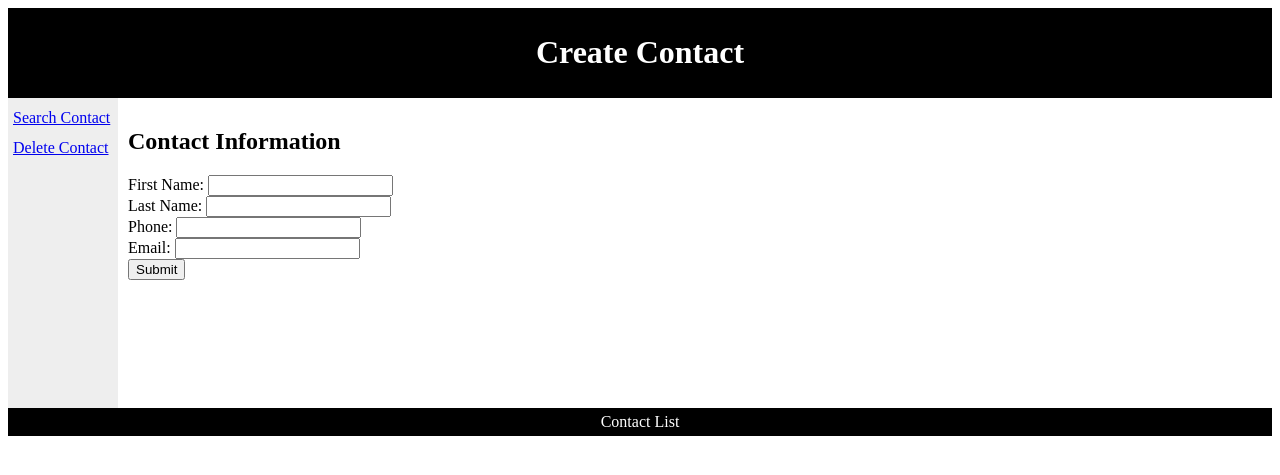
Repository: briantran140/intro-to-software-engineering-tech-exercise
Page: techExercise-tran/src/main/webapp/insert_tran.html
The author's editor kept a copy of each file at every save. The page is drawn from the files as they stood at one save, then again after the next save.
The browser window is 1280 px wide. The pictures show the whole page.

Above is the page before, as saved 2023-10-13 04:21:25.

### techExercise-tran/src/main/webapp/insert_tran.html
<html>
<head>
<style>
header {
    background-color:black;
    color:white;
    text-align:center;
    padding:5px;
}
nav {
    line-height:30px;
    background-color:#eeeeee;
    height:300px;
    width:100px;
    float:left;
    padding:5px;
}
section {
    width:350px;
    float:left;
    padding:10px;
}
footer {
    background-color:black;
    color:white;
    clear:both;
    text-align:center;
    padding:5px;
}
</style>
</head>

<body>
<header>
<h1> Create Contact </h1>
</header>

<nav>
<a href="/techExercise-tran/search_tran.html">Search Contact</a> <br>
<a href="/techExercise-tran/delete_tran.html">Delete Contact</a> <br>
</nav>

<section>
	<h1>Contact Information</h1>

	<form action="InsertTran" method="POST">

		First Name: <input type="text" name="firstName"> <br />
		Last Name: <input type="text" name="lastName"> <br />
		Phone: <input type="text" name="phone"> <br />
		Email: <input type="text" name="email"> <br />

		<input type="submit" value="Submit" />
	</form>

</section>

<footer>
	Contact List
</footer>
</body>
</html>

After the next save:
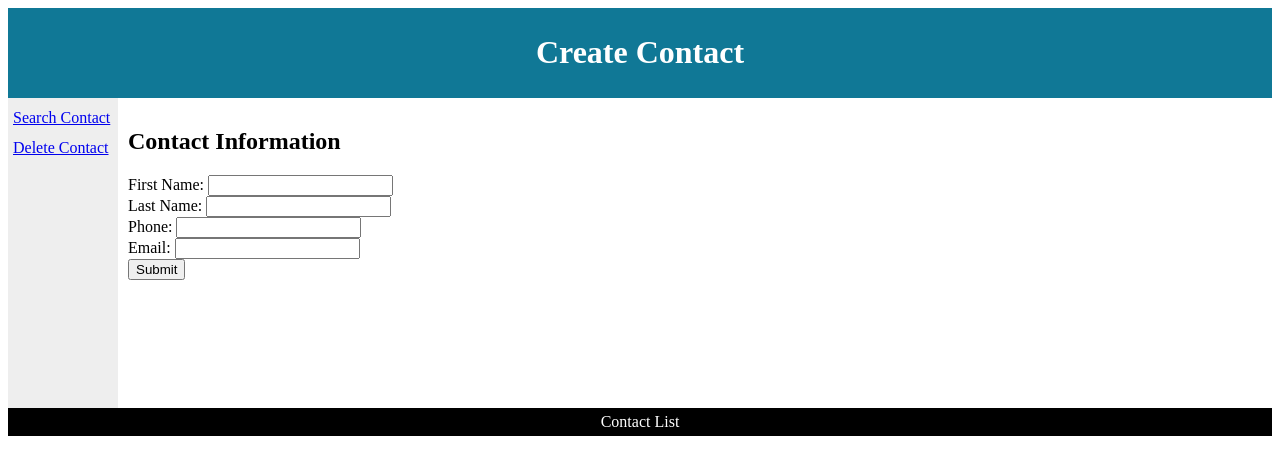
Saved 57 s later.
--- a/techExercise-tran/src/main/webapp/insert_tran.html
+++ b/techExercise-tran/src/main/webapp/insert_tran.html
@@ -2,7 +2,7 @@
 <head>
 <style>
 header {
-    background-color:black;
+    background-color:#107896;
     color:white;
     text-align:center;
     padding:5px;
